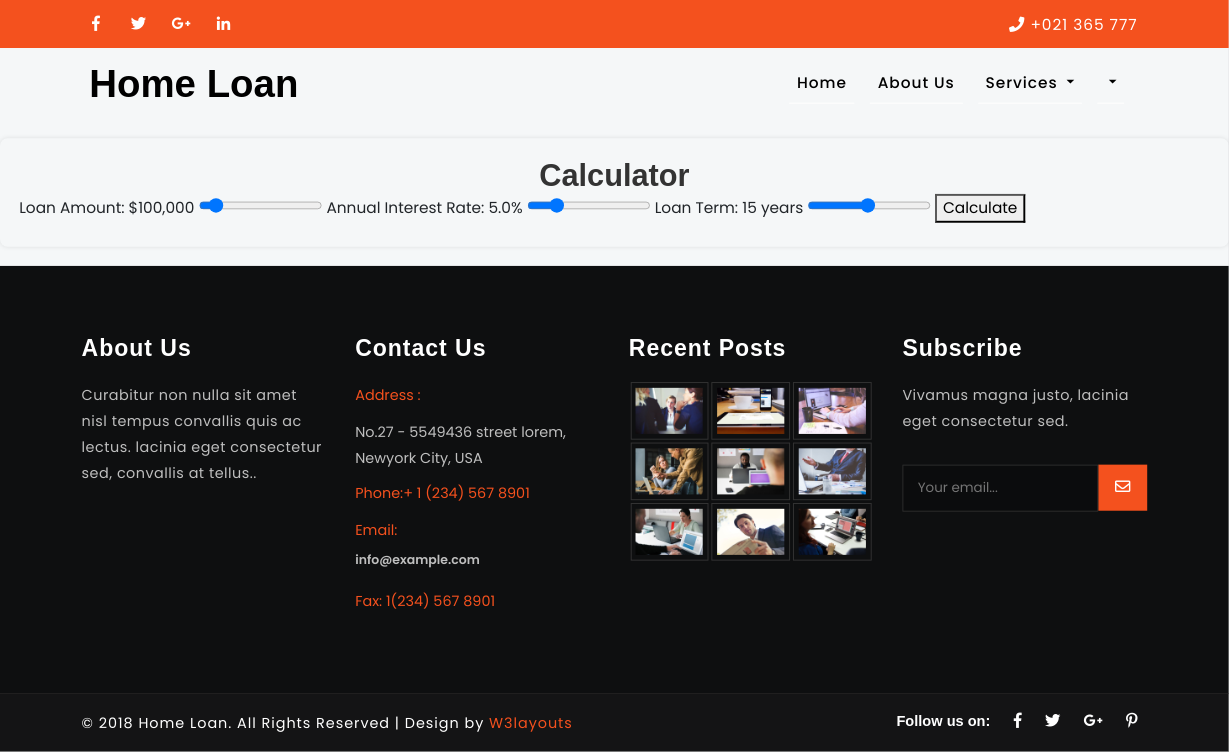
Repository: 72-faisal/Spring-MVC-project
Page: http://localhost/HomeLoan/WEB-INF/views/homeLoanEMI.jsp
An editor plug-in stored every save of this project. The page is shown before and after the next save, followed by the edit.
The browser window is 1280 px wide. The pictures show the whole page, at 96% of full size.
Some web fonts or font styles are not loaded; a fallback is used. The page is served by Tomcat 9. Nobody is signed in. Other server files are loaded and not shown. The template is opened directly, without the code that normally fills it, so the values that code supplies are empty.

Above is the page before, as saved 2024-01-14 05:35:41.

### HomeLoan/src/main/webapp/WEB-INF/views/homeLoanEMI.jsp
<%@ page language="java" contentType="text/html; charset=ISO-8859-1"
	pageEncoding="ISO-8859-1"%>
<%@ page isELIgnored="false"%>
<!DOCTYPE html>
<html>
<head>
<meta charset="ISO-8859-1">
<title>Home Loan a Banking Category Flat Bootstrap Responsive
	Website Template | Services :: w3layouts</title>
<style type="text/css">
/* Global Styles */
body {
	font-family: 'Poppins', sans-serif;
	margin: 0;
	padding: 0;
	background-color: #f5f5f5;
}

/* Header Styles */
/*   header {
        background-color: #333;
        color: #fff;
        padding: 10px 0;
    } */
.top {
	background-color: #555;
	padding: 5px 0;
}

.top-middle ul, .top-left ul {
	padding: 0;
	margin: 0;
	list-style: none;
}

.top-middle ul li, .top-left ul li {
	display: inline;
	margin-right: 10px;
}

/* Apply Online Section Styles */
.apply-online {
	/* background-color: #fff; */
	padding: 20px;
	margin: 20px 0;
	border-radius: 8px;
	box-shadow: 0 0 6px rgba(0, 0, 0, 0.1);
}

.apply-online h2 span {
	color: #333;
}

.apply-online ul {
	list-style: none;
	padding: 60px;
	margin: 0;
	text-align: center;
}

.apply-online ul li {
	display: inline-block;
	margin-right: 75px;
	vertical-align: top;
}

.apply-online ul li img {
	max-width: 100%;
}

.apply-online ul li p {
	margin: 5px 0;
}

.apply-online .apply-btn {
	background-color: #bfbfbf;
	color: #000;
	padding: 10px 20px;
	text-decoration: none;
	border-radius: 5px;
	display: inline-block;
	margin-top: 20px;
}

/* Footer Styles */
/*  footer {
        background-color: #f1f1f1;
        color: #fff;
        text-align: center;
        padding: 10px 0;
        margin-top: 20px;
    } */
</style>
<!-- Additional stylesheets -->
<title>Home Loan a Banking Category Flat Bootstrap Responsive
	Website Template | Services :: w3layouts</title>
<meta name="viewport" content="width=device-width, initial-scale=1">
<meta charset="utf-8">
<meta name="keywords"
	content="Home Loan Responsive web template, Bootstrap Web Templates, Flat Web Templates, Android Compatible web template,
SmartPhone Compatible web template, free WebDesigns for Nokia, Samsung, LG, SonyEricsson, Motorola web design" />
<script>
	addEventListener("load", function() {
		setTimeout(hideURLbar, 0);
	}, false);

	function hideURLbar() {
		window.scrollTo(0, 1);
	}
</script>

<!-- Bootstrap Core CSS -->
<link href="<%=request.getContextPath()%>/resources/css/bootstrap.css"
	rel='stylesheet' type='text/css' />
<link href="<%=request.getContextPath()%>/resources/css/style.css"
	rel='stylesheet' type='text/css' />
<!-- font-awesome icons -->
<link
	href="<%=request.getContextPath()%>/resources/css/fontawesome-all.min.css"
	rel="stylesheet">
<!-- //Custom Theme files -->
<!-- online fonts -->
<!-- titles -->
<link
	href="//fonts.googleapis.com/css?family=Raleway:300,400,500,600,700,800,900"
	rel="stylesheet">
<!-- body -->
<link
	href="//fonts.googleapis.com/css?family=Poppins:400,500,600,700,800"
	rel="stylesheet">


    <script>
        document.addEventListener("DOMContentLoaded", function () {
            // Function to update the display value for loan amount
            function updateLoanAmount() {
                var loanAmount = document.getElementById("loanAmount");
                var loanAmountValue = document.getElementById("loanAmountValue");
                loanAmountValue.textContent = loanAmount.value.replace(/\B(?=(\d{3})+(?!\d))/g, ",");
            }

            // Function to update the display value for interest rate
            function updateInterestRate() {
                var interestRate = document.getElementById("interestRate");
                var interestRateValue = document.getElementById("interestRateValue");
                interestRateValue.textContent = interestRate.value;
            }

            // Function to update the display value for loan term
            function updateLoanTerm() {
                var loanTerm = document.getElementById("loanTerm");
                var loanTermValue = document.getElementById("loanTermValue");
                loanTermValue.textContent = loanTerm.value;
            }

            // Attach event listeners to range sliders
            document.getElementById("loanAmount").addEventListener("input", updateLoanAmount);
            document.getElementById("interestRate").addEventListener("input", updateInterestRate);
            document.getElementById("loanTerm").addEventListener("input", updateLoanTerm);
        });
    </script>

</head>

<body>

	<!-- header -->
	<header>
		<div class="top">
			<div class="container">
				<div class="t-op row">
					<div class="col-sm-6 top-middle">
						<ul>
							<li><a href="#"><i class="fab fa-facebook-f"></i></a></li>
							<li><a href="#"><i class="fab fa-twitter"></i></a></li>
							<li><a href="#"><i class="fab fa-google-plus-g"></i></a></li>
							<li><a href="#"><i class="fab fa-linkedin-in"></i></a></li>
						</ul>
					</div>
					<div class="col-sm-6 top-left">
						<ul>
							<li><i class="fas fa-phone"></i> +021 365 777</li>
						</ul>
					</div>
				</div>
			</div>
		</div>
		<div class="container">
			<nav class="navbar navbar-expand-lg navbar-light">
				<h1>
					<a class="navbar-brand text-capitalize" href="index"> Home Loan
					</a>
				</h1>
				<button class="navbar-toggler" type="button" data-toggle="collapse"
					data-target="#navbarSupportedContent"
					aria-controls="navbarSupportedContent" aria-expanded="false"
					aria-label="Toggle navigation">
					<span class="navbar-toggler-icon"></span>
				</button>

				<div class="collapse navbar-collapse" id="navbarSupportedContent">
					<ul class="navbar-nav text-center  ml-lg-auto">
						<li class="nav-item mr-3"><a class="nav-link" href="index">Home
								<span class="sr-only">(current)</span>
						</a></li>
						<li class="nav-item  mr-3"><a class="nav-link" href="about">About
								Us</a></li>

						<li class="nav-item dropdown mr-3"><a
							class="nav-link dropdown-toggle" href="#" id="navbarDropdown"
							role="button" data-toggle="dropdown" aria-haspopup="true"
							aria-expanded="false"> Services </a>
							<div class="dropdown-menu" aria-labelledby="navbarDropdown">
								<a class="dropdown-item" href="LoanApplyOnline">Apply Online</a>
								<a class="dropdown-item" href="LoanApprovedProject">Approved
									Project</a> <a class="dropdown-item" href="LoanCalculator">Loan
									Calculator</a>
							</div></li>
						<li class="nav-item dropdown mr-3"><a
							class="nav-link dropdown-toggle" href="#" id="navbarDropdown"
							role="button" data-toggle="dropdown" aria-haspopup="true"
							aria-expanded="false"> ${user.name } </a>
							<div class="dropdown-menu" aria-labelledby="navbarDropdown">
								<a class="dropdown-item" href="UserProfile">Profile</a> <a
									class="dropdown-item" href="UserChangePassword">Change
									Password</a> <a class="dropdown-item" href="UserLogout">Logout</a>
							</div></li>
						<!-- 	<li class="nav-item">
							<a class="nav-link" href="contact">contact</a>
						</li> -->
					</ul>
				</div>
			</nav>
		</div>
	</header>
	<!-- //header -->

	<!-- Apply Online Section -->
	<form id="loanForm" action="${pageContext.request.contextPath}/HomeEMI" method="post">
		<div
			class="apply-online resp-tab-content hor_1 resp-tab-content-active"
			aria-labelledby="hor_1_tab_item-2" style="display: block">
			<h2 style="text-align: center">
				<span >Calculator</span>
			</h2>

            <label for="loanAmount">Loan Amount: $<span id="loanAmountValue">100,000</span></label>
            <input type="range" id="loanAmount" name="loanAmount" min="10000" max="1000000" step="1000" value="100000">

            <label for="interestRate">Annual Interest Rate: <span id="interestRateValue">5.0</span>%</label>
            <input type="range" id="interestRate" name="interestRate" min="1" max="20" step="0.1" value="5.0">

            <label for="loanTerm">Loan Term: <span id="loanTermValue">15</span> years</label>
            <input type="range" id="loanTerm" name="loanTerm" min="1" max="30" step="1" value="15">

            <button type="submit" >Calculate</button>
            </div>
        </form>

			<!-- <p>&nbsp;</p>
		<p>&nbsp;</p> -->
			<!-- <p class="txt-center" style="text-align: center;">
			<input type="submit" class="apply-btn" value="Apply Now">
		</p> -->
		<!-- </div>
	</form> -->
	<!--footer-->
	<footer>
		<div class="container py-md-4 mt-md-3">
			<div class="row footer-top-w3layouts-agile py-5">
				<div class="col-lg-3 col-md-6 col-sm-6 footer-grid">
					<div class="footer-title">
						<h3>About Us</h3>
					</div>
					<div class="footer-text">
						<p>Curabitur non nulla sit amet nisl tempus convallis quis ac
							lectus. lacinia eget consectetur sed, convallis at tellus..</p>

					</div>
				</div>
				<div class="col-lg-3 col-md-6 col-sm-6 footer-grid">
					<div class="footer-title">
						<h3>Contact Us</h3>
					</div>
					<div class="footer-office-hour">
						<ul>
							<li class="hd">Address :</li>
							<li>No.27 - 5549436 street lorem, Newyork City, USA</li>

						</ul>
						<ul>
							<li class="hd">Phone:+ 1 (234) 567 8901</li>
							<li class="hd">Email: <a href="mailto:info@example.com">info@example.com</a>
							</li>
							<li class="hd">Fax: 1(234) 567 8901</li>
						</ul>
					</div>
				</div>
				<div class="col-lg-3 col-md-6 col-sm-6 footer-grid">
					<div class="footer-title">
						<h3>Recent Posts</h3>
					</div>
					<div class="footer-list">
						<div class="flickr-grid">
							<a href="#" data-toggle="modal" data-target="#myModal"> <img
								src="<%=request.getContextPath()%>/resources/images/g1.jpg"
								class="img-fluid" alt=" ">
							</a>
						</div>
						<div class="flickr-grid">
							<a href="#" data-toggle="modal" data-target="#myModal"> <img
								src="<%=request.getContextPath()%>/resources/images/g2.jpg"
								class="img-fluid" alt=" ">
							</a>
						</div>
						<div class="flickr-grid">
							<a href="#" data-toggle="modal" data-target="#myModal"> <img
								src="<%=request.getContextPath()%>/resources/images/g3.jpg"
								class="img-fluid" alt=" ">
							</a>
						</div>
						<div class="flickr-grid">
							<a href="#" data-toggle="modal" data-target="#myModal"> <img
								src="<%=request.getContextPath()%>/resources/images/g4.jpg"
								class="img-fluid" alt=" ">
							</a>
						</div>
						<div class="flickr-grid">
							<a href="#" data-toggle="modal" data-target="#myModal"> <img
								src="<%=request.getContextPath()%>/resources/images/g5.jpg"
								class="img-fluid" alt=" ">
							</a>
						</div>
						<div class="flickr-grid">
							<a href="#" data-toggle="modal" data-target="#myModal"> <img
								src="<%=request.getContextPath()%>/resources/images/g6.jpg"
								class="img-fluid" alt=" ">
							</a>
						</div>
						<div class="flickr-grid">
							<a href="#" data-toggle="modal" data-target="#myModal"> <img
								src="<%=request.getContextPath()%>/resources/images/g7.jpg"
								class="img-fluid" alt=" ">
							</a>
						</div>
						<div class="flickr-grid">
							<a href="#" data-toggle="modal" data-target="#myModal"> <img
								src="<%=request.getContextPath()%>/resources/images/g9.jpg"
								class="img-fluid" alt=" ">
							</a>
						</div>
						<div class="flickr-grid">
							<a href="#" data-toggle="modal" data-target="#myModal"> <img
								src="<%=request.getContextPath()%>/resources/images/g8.jpg"
								class="img-fluid" alt=" ">
							</a>
						</div>
						<div class="clearfix"></div>
					</div>
				</div>
				<div class="col-lg-3 col-md-6 col-sm-6 footer-grid">
					<div class="footer-title">
						<h3>Subscribe</h3>
					</div>
					<p>Vivamus magna justo, lacinia eget consectetur sed.</p>
					<form action="#" method="post" class="newsletter">
						<input class="email" type="email" placeholder="Your email..."
							required="">
						<button class="btn1">
							<i class="far fa-envelope"></i>
						</button>
					</form>
					<div class="clearfix"></div>
				</div>
			</div>
		</div>
	</footer>
	<!---->
	<div class="copyright py-3">
		<div class="container">
			<div class="copyrighttop">
				<ul>
					<li>
						<h4>Follow us on:</h4>
					</li>
					<li><a class="facebook" href="#"> <i
							class="fab fa-facebook-f"></i>
					</a></li>
					<li><a class="facebook" href="#"> <i
							class="fab fa-twitter"></i>
					</a></li>
					<li><a class="facebook" href="#"> <i
							class="fab fa-google-plus-g"></i>
					</a></li>
					<li><a class="facebook" href="#"> <i
							class="fab fa-pinterest-p"></i>
					</a></li>
				</ul>
			</div>
			<div class="copyrightbottom">
				<p>
					© 2018 Home Loan. All Rights Reserved | Design by <a
						href="http://w3layouts.com/">W3layouts</a>
				</p>
			</div>
			<div class="clearfix"></div>
		</div>
	</div>
	<!-- Modal -->
	<div class="modal fade" id="myModal" tabindex="-1" role="dialog"
		aria-labelledby="exampleModalCenterTitle" aria-hidden="true">
		<div class="modal-dialog modal-dialog-centered" role="document">
			<div class="modal-content">
				<div class="modal-header">
					<h4 class="modal-title">Home Loan</h4>
					<button type="button" class="close" data-dismiss="modal"
						aria-label="Close">
						<span aria-hidden="true">&times;</span>
					</button>
				</div>
				<div class="modal-body">
					<div class="agileits-w3layouts-info">
						<img src="<%=request.getContextPath()%>/resources/images/g6.jpg"
							class="img-fluid" alt="" />
						<p>Duis venenatis, turpis eu bibendum porttitor, sapien quam
							ultricies tellus, ac rhoncus risus odio eget nunc. Pellentesque
							ac fermentum diam. Integer eu facilisis nunc, a iaculis felis.
							Pellentesque pellentesque tempor enim, in dapibus turpis
							porttitor quis.</p>
					</div>
				</div>
				<div class="modal-footer">
					<button type="button" class="btn btn-secondary"
						data-dismiss="modal">Close</button>
					<button type="button" class="btn btn-primary">Save changes</button>
				</div>
			</div>
		</div>
	</div>
	<!-- //Modal -->
	<!-- js-->
	<script
		src="<%=request.getContextPath()%>/resources/js/jquery-2.2.3.min.js"></script>
	<!-- js-->
	<!-- Bootstrap Core JavaScript -->
	<script src="<%=request.getContextPath()%>/resources/js/bootstrap.js ">

	</script>
	<!-- //Bootstrap Core JavaScript -->

</body>
</html>

Loaded but not shown: HomeLoan/src/main/webapp/WEB-INF/resources/assets/css/bootstrap.css (library); HomeLoan/src/main/webapp/WEB-INF/resources/assets/css/fontawesome-all.min.css (library); HomeLoan/src/main/webapp/WEB-INF/resources/assets/js/jquery-2.2.3.min.js (library); HomeLoan/src/main/webapp/WEB-INF/resources/assets/js/bootstrap.js (library); HomeLoan/src/main/webapp/WEB-INF/resources/assets/css/style.css (2094 lines, source omitted)

After the next save:
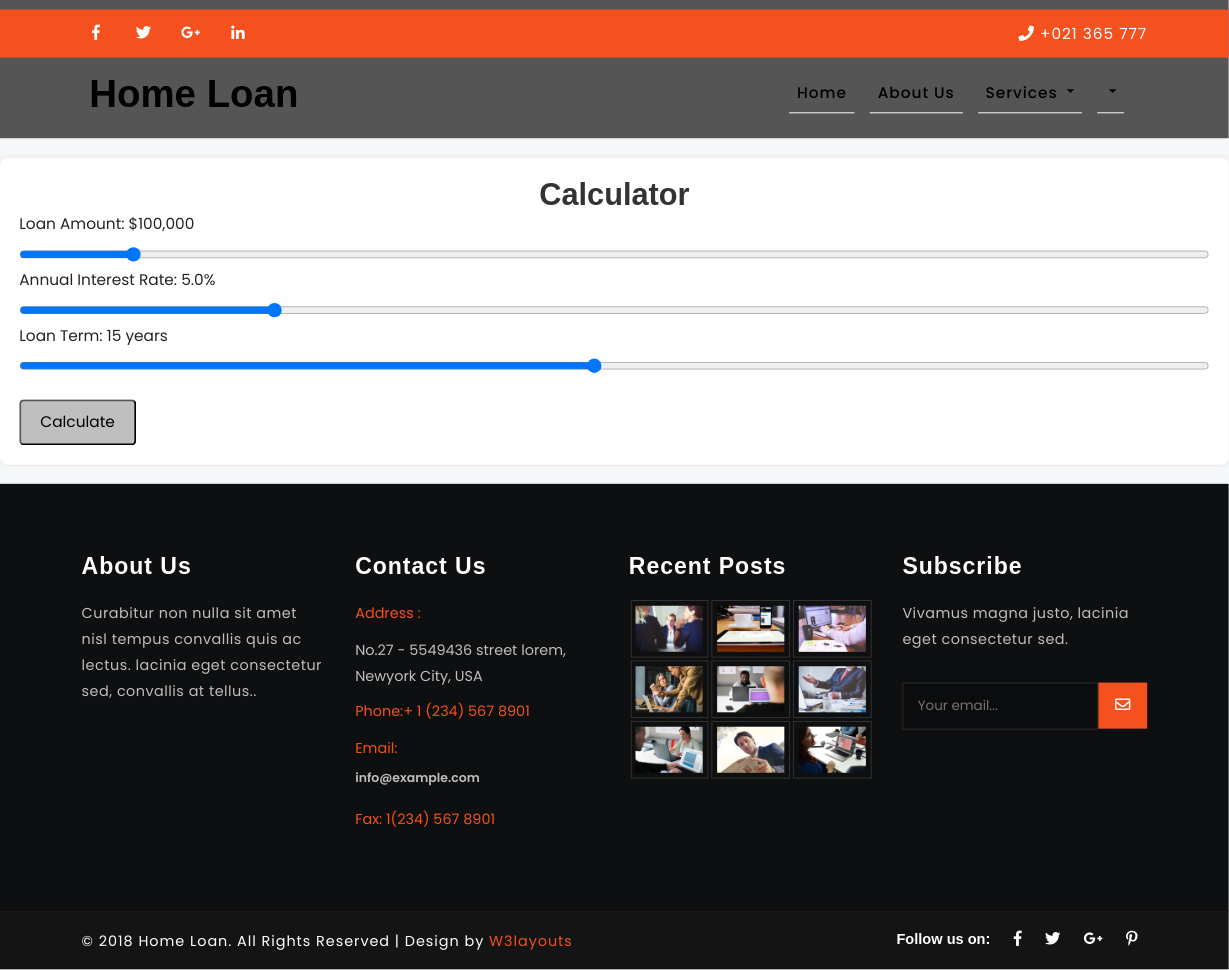
Saved 10 min 50 s later.
--- a/HomeLoan/src/main/webapp/WEB-INF/views/homeLoanEMI.jsp
+++ b/HomeLoan/src/main/webapp/WEB-INF/views/homeLoanEMI.jsp
@@ -7,7 +7,70 @@
 <meta charset="ISO-8859-1">
 <title>Home Loan a Banking Category Flat Bootstrap Responsive
 	Website Template | Services :: w3layouts</title>
-<style type="text/css">
+	<style>
+        /* Add your global styles here */
+
+        body {
+            font-family: 'Poppins', sans-serif;
+            margin: 0;
+            padding: 0;
+            background-color: #f5f5f5;
+        }
+
+        header {
+            background-color: #555;
+            color: #fff;
+            padding: 10px 0;
+        }
+
+        .container {
+            width: 80%;
+            margin: auto;
+        }
+
+        /* Add more styles as needed */
+
+        /* Apply Online Section Styles */
+        .apply-online {
+            background-color: #fff;
+            padding: 20px;
+            margin: 20px 0;
+            border-radius: 8px;
+            box-shadow: 0 0 6px rgba(0, 0, 0, 0.1);
+        }
+
+        .apply-online h2 span {
+            color: #333;
+        }
+
+        .apply-online form {
+            max-width: 600px;
+            margin: auto;
+        }
+
+        .apply-online label {
+            display: block;
+            margin-bottom: 10px;
+        }
+
+        .apply-online input[type="range"] {
+            width: 100%;
+        }
+
+        .apply-online button {
+            background-color: #bfbfbf;
+            color: #000;
+            padding: 10px 20px;
+            text-decoration: none;
+            border-radius: 5px;
+            display: inline-block;
+            margin-top: 20px;
+            cursor: pointer;
+        }
+
+        /* Add more styles as needed */
+    </style>
+<!-- <style type="text/css">
 /* Global Styles */
 body {
 	font-family: 'Poppins', sans-serif;
@@ -90,7 +153,7 @@ body {
         padding: 10px 0;
         margin-top: 20px;
     } */
-</style>
+</style> -->
 <!-- Additional stylesheets -->
 <title>Home Loan a Banking Category Flat Bootstrap Responsive
 	Website Template | Services :: w3layouts</title>
